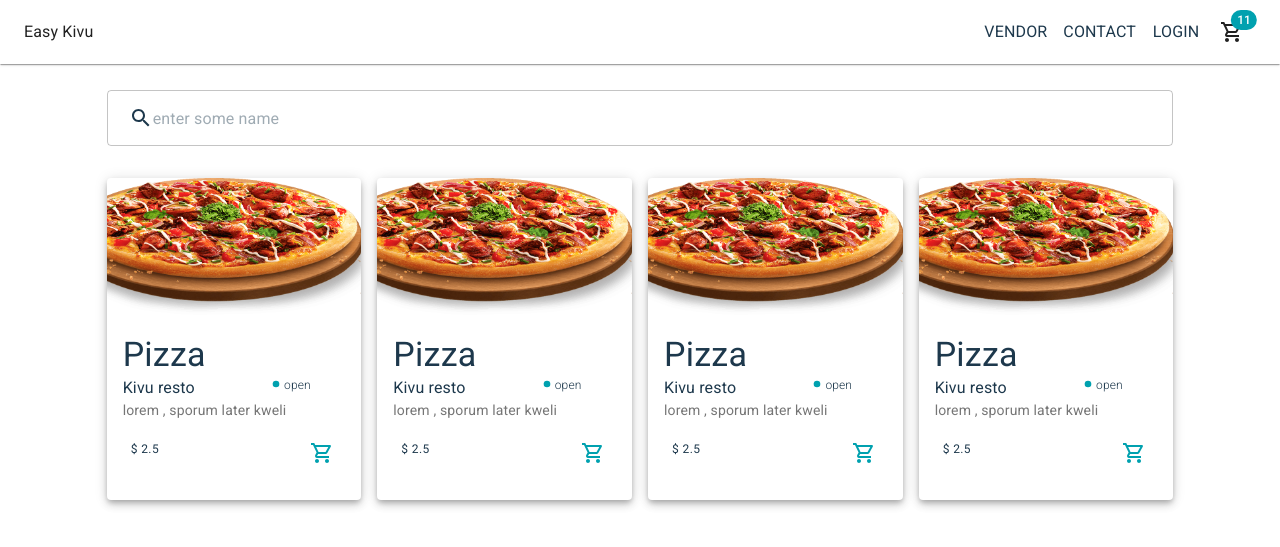
Repository: kilamaelie/jokes-dapp
Page: /
The author's editor kept a copy of each file at every save. The page is drawn from the files as they stood at one save, then again after the next save.
The browser window is 1280 px wide. The pictures show the whole page.
The project was rebuilt for these pictures with package versions that can differ from the ones it lists, and the page was loaded fresh each time. Also part of the build but not shown: src/ui/page/dashboard/dashboard.js.

Above is the page before, as saved 2021-06-28 08:52:55.

After the next save:
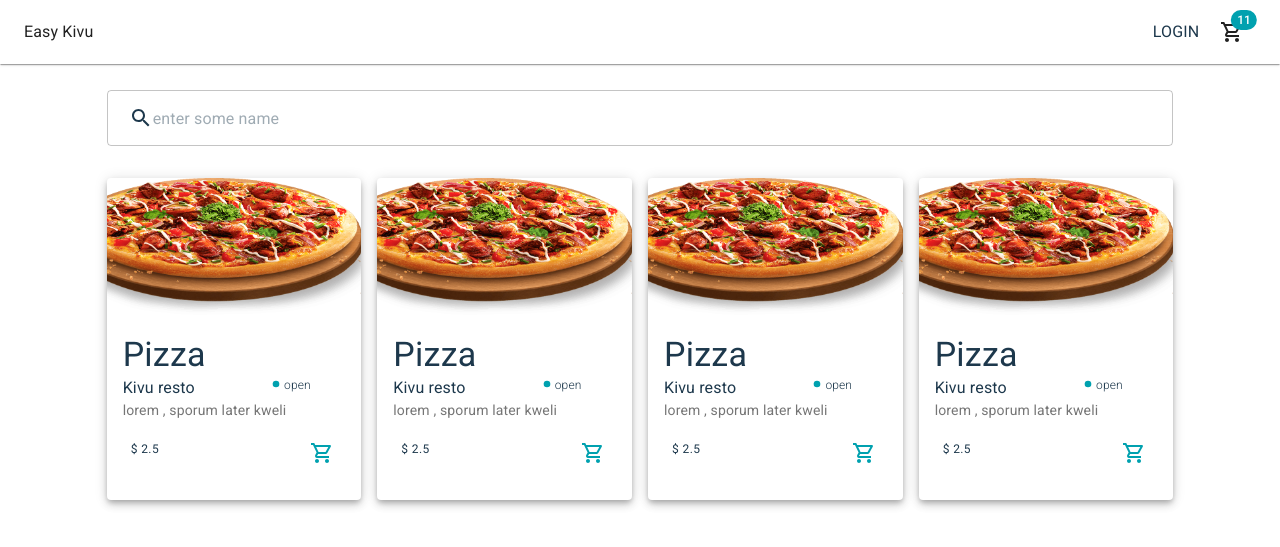
Saved 80 s later.
--- a/src/ui/widget/appbar.js
+++ b/src/ui/widget/appbar.js
@@ -157,8 +157,8 @@ const AppBars =()=>{
 
           <div className={classes.grow} />
           <div className={classes.sectionDesktop}>
-             <Button ><Typography className={classes.typoAppbar}>VENDOR</Typography></Button>
-            <Button><Typography className={classes.typoAppbar}>CONTACT</Typography></Button>
+             {/* <Button ><Typography className={classes.typoAppbar}>VENDOR</Typography></Button>
+            <Button><Typography className={classes.typoAppbar}>CONTACT</Typography></Button> */}
             {/* {token!=null?
             <div>
             <IconButton aria-label="show 17 new notifications" color="inherit">
